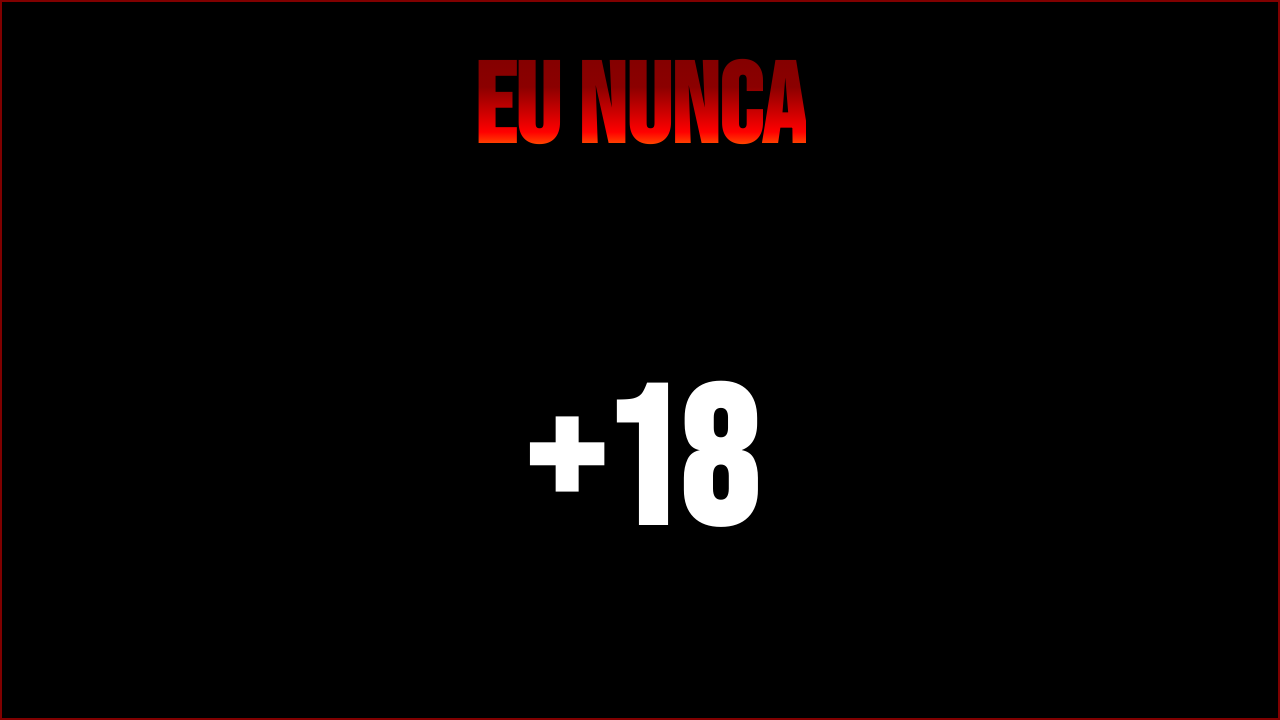
Repository: odiloalmeida/inever
Page: index.html
These files come from the project's save history. The page is drawn as it stood at one moment and after the next save; the edit follows.
The browser window is 1280 px wide. The pictures show the whole page.

Above is the page before, as saved 2023-01-31 22:43:19.

### index.html
<!DOCTYPE html>
<html lang="pt-BR">
<head>
    <meta charset="UTF-8">
    <meta http-equiv="X-UA-Compatible" content="IE=edge">
    <meta name="viewport" content="width=device-width, initial-scale=1.0">
    <link rel="icon" type="image/svg+xml" href="https://cdn-icons-png.flaticon.com/512/5181/5181956.png" />
    <link rel="stylesheet" href="./style.css">
    <title>18+ Eu Nunca</title>

</head>

<body>
    <div>
        <h1>EU NUNCA</h1>
    </div>
    <button id="myButton" onclick="changeButtonName()">
        <span>+18</span>
    </button>
</body>

<script>

    function changeButtonName() {
        var button = document.getElementById("myButton");

        var names = ["Beijei alguém dessa turma",
        "Senti atração por alguém dessa turma",
        "Tomei banho pelado na praia/piscina",
        "Fiquei com um professor",
        "Fiquei com um amigo e me arrependi",
        "Fiquei com um amigo e não disse pra ninguém",
        "Menti sobre ter ficado com uma pessoa",
        "Bebi tanto que beijei alguém que não queria",
        "Bebi tanto que esqueci tudo no outro dia",
        "Vi um nudes de alguém dessa turma",
        "Desejei o namorado(a) de um amigo",
        "Fiquei com alguém por interesse",
        "Acelerei o ato sexual por que o oral estava ruim",
        "Bebi pra ter coragem de chegar numa pessoa",
        "Transei na escola ou faculdade",
        "Transei no chão",
        "Fiz sexo oral enquanto a pessoa trabalhava",
        "Fiz sexo oral enquanto a pessoa dirigia",
        "Usei fantasias sexuais",
        "Usei plug anal",
        "Usei um vibrador",
        "Fiquei com alguém depois neguei pra todo mundo",
        "Disse pra uma pessoa que a amava sem amar",
        "Transei no carro",
        "Broxei no meio do ato sexual",
        "Desisti de ficar com uma pessoa por que ela estava fedendo",
        "Fui chupar e estava fedendo muito e desisti",
        "Me masturbei depois do ato sexual por que não conseguir “chegar lá” com o parceiro",
        "Fiquei com dois amigos ao mesmo tempo sem eles saberem",
        "Parei o ato sexual para ir fazer xixi",
        "Fiz a chuca",
        "Transei na rua",
        "Paguei por sexo",
        "Fiz sexo por dinheiro",
        "Dei um beijo triplo",
        "Voltaria com um ex",
        "Fiquei com uma pessoa em um lugar e logo em seguida fui para outro lugar ficar com outra",
        "Tirei fotos pelado(a)",
        "Fiquei com alguém para fazer ciúme a outro",
        "Sofri por amor",
        "Sofri por ficante",
        "Espiei alguém tomando banho",
        "Tomei banho com alguém",
        "Enfiei o dedo no orifício de alguém (kkkk)",
        "Eu nunca fiquei com um amigo do meu amigo eme arrependi",
        "Eu nunca tive uma DST",
        "Eu já desejei a mãe de um amigo",
        "Eu já desejei o pai de um amigo",
        "Já beixei alguém do mesmo sexo",
        "Já deixei chuparem minha porta dos fundos",
        "Já questionei a minha sexualidade",
        "Já fiz goldenshower",
        "Já desisti do sexo quando vi o tamanho do instrumento",
        "Fumei um",
        "Cheirei cocaina",
        "Usei LSD",
        "Passei comida no parceiro",
        "Troquei o nome da pessoa na hora H",
        "Fiquei com uma pensando em outra",
        "Fatei aula pra ficar com alguém",
        "Menti nesse jogo",
        "Disse que estava doente para nao transar",
        "Fiquei com professor",
        "Fiquei com alguém por gratidão",
        "Tive tara em mãos",
        "Tive tara em pés",
        "Tive tara em ruivas",
        "Fui amordaçado",
        "Fui algemado",
        "Fui chicoteado",
        "Bati de mais em alguém na hora H e fiquei com medo",
        "Vomitei na hora H",
        "Fiz sexo na praia",
        "Fiz sexo na moto",
        "Fiz sexo na bicicleta",
        "Chupei outro por tabela",
        "Fiz oral em um e depois beijei a boca de outro",
        "Transei com 2 ao mesmo tempo",
        "Transei com mais de 3 ao mesmo tempo",
        "Ja fiquei com duas pessoas do mesmo sexo, ao mesmo tempo",
        "Cherei loló",
        "Fumei cigarro",
        "Tive como alcoólico",
        "Tive amnésia alcoólica",
        "Dormi bebado no chão",
        "Mijei em mim, estando bebado",
        "Vomitei em mim, estando bebado",
        "Beijei alguém que eu odiava",
        "Fiquei com um Ex antigo e me arrependi (Foi horrível)",
        "Tive flashback com mais de um EX",
        "Tive um PA",
        "Fiquei com um(a) PM",
        "Subi numa mesa bebado",
        "Fiquei com alguém da boca podre",
        "Já caguei o pau (literalmente)",
        "Já cai de bicicleta",
        "Quebrei um osso (Beba uma dose por osso)",
        "Já talariquei mulher de amigo (Uma dose por mulher)",
        "Já talariquei marido de amiga (Uma dose por homem)",
        "Já beijei um mendigo",
        "Já fiz dentro do mar",
        "Ja fiz dentro do tanque",
        "Pedi alguém em casamento",
        "Já me juntei com conjugue",
        "Já fui CORNO(A)",
        "Atirei com arma de fogo",
        "Dê uma pausa de 15min, para não embriagar",
        "Durei menos de 2 min no sexo",
        "Fiz gosar em menos de 2min",
        "Pensei em me prostituir",
        "Tomei remédio TARJA PRETA",
        "Quando de maior, senti atração por 15-",
        "Dormi sujo",
        "Passei o dia sem tomar banho",
        "Passei dois dias sem tomar banho",
        "Passei mais de 36h acordado",
        "Levei pão de manhã para casa, após o rolê",
        "Bebi mais de 2L em uma noite",
        "Desejei minha cunhada",
        "Transei com alguém na escada",
        "Já botei atrás  depois na frente",
        "Cai da arvore",
        "Me feri gravemente",
        "Imaginei alguém dessa turma pelado",
        "Usei camisinha com sabores",
        "Limbei a bunda e olhei o papel higienico",
        "Transei no cinema",
        "Flertei com o garçom",
        "Beijei um primo(a)",
        "Transei com um primo(a)",
        "Sonhei que estava pelado em público",
        "Transei na chuva",
        "Dormir de conchinha na chuva",
        "Fiz punheta / siririca coletiva",
        "Me masturbei pensando em alguém da roda",
        "Vi nude de alguém da roda",
        "Enviei nude errado",
        "Peguei alguém no elevador",
        "Falei que o sexo foi bom, quando na verdade foi uma merda",
        "Gosei dentro com camisinha",
        "Conversando com o penis do meu namorado",
        "Fiz espanhola",
        "Transei com alguém que participou desse jogo agora",
        "Transei com um médico",
        "Transei com um entregador",
        "Transei com enfermeiro(a)",
        "Transei com Advogado(a)",
        "Transei com Fisioterapeuta",
        "Transei com agente de saúde",
        "Transei com personal trainer",
        "Fiz sexo rapido para dormir logo",
        "Transei numa contrução",
        "Transei numa casa abandonada",
        "Transei na rede",
        "Transei na cadeira",
        "Transei no sofá",
        "Transei em local público",
        "Tive sonhos eróticos com alguém dessa roda",
        "Fui em um motel e não transei",
        "Criei passarinho",
        "Chupei alguém com algum amigo vendo",
        "Fui voyeur",
        "Transei num posto de saúde",
        "Transei no quintal de casa",
        "Transei no telhado",
        "Terminei com uma pessoa por mensagem",
        "Terminaram comigo por mensagem",
        "Fiz Topless na praia",
        "Usei gelo na cama",
        "Usei halls na cama",
        "Sai sem calcinha para provocar alguém",
        "Malhei sem calcinha",
        "Fingi prazer",
        "Fingi simpatia para conquistar uma pessoa",
        "Fiz cosplay de rico",
        "Banquei a coitadinha para ganhar algo em troca",
        "Sai sem pagar a conta",
        "Levei o copo de um bar",
        "Caguei num banheiro quimico",
        "Dirigi bebado",
        "Ouvi alguém transando",
        "Fui pego me masturbando",
        "Fui pego na hora H pelos meus familiares ou amigos",
        "Transei assistindo porno",
        "Tive ressaca moral",
        "Chorei enquanto transava",
        "Pedi parar porque estava doendo",
        "Enforqueia até quase desmaiar",
        "Transei em uma banheira",
        "Beijei a pessoa querendo a do lado",
        "Beijei um feio(a)",
        "Beijei um(a) 10/10",
        "Nunca chupei dois ao mesmo tempo",
        "Matei aula para fumar um",
        "Matei aula para transar",
        "Quebrei uma cama enquanto transava",
        "Cai da cama enquanto transava",
        "Fiquei orgulhoso do meu desempenho",
        "Fiquei triste com meu desempenho",
        "Tentaram arrancar minh lingua",
        "Já beijei um desesperado, que quase me engole",
        "Bebi do copo de um estranho e tinha droga"




        ];

        var randomName = names[Math.floor(Math.random() * names.length)];
        button.innerHTML = randomName;
    }

</script>

</html>

### style.css
@import url('https://fonts.googleapis.com/css2?family=Bebas+Neue&display=swap');

* {
    padding: 0;
    margin: 0;
    box-sizing: border-box;
    font-family: 'Bebas Neue', cursive;
}

body {
    width: 100vw;
    height: 100vh;
    background-color: #000;
    display: flex;
    flex-direction: column;
    align-items: center;
    justify-content: center;
    border: #800000 2px solid;
}

div {
    width: 100%;
    height: 30vh;
    display: flex;
    align-items: center;
    justify-content: center;
}

h1 {
    background-image: linear-gradient(to bottom,#800000,#8B0000, red, yellow);
    background-clip: text;
    -webkit-background-clip: text;
    -webkit-text-fill-color: transparent;
    color: black;
    font-size: 7rem;
    font-weight: 900;
}

button {
    background-color: transparent;
    height: 70vh;
    width: 100vw;
    border: none;
    font-weight: bold;
    font-size: 3rem;
    padding: 5px;
    color: #f1f1f1;
}

button span {
    color: #fff;
    font-size: 12rem;
}

After the next save:
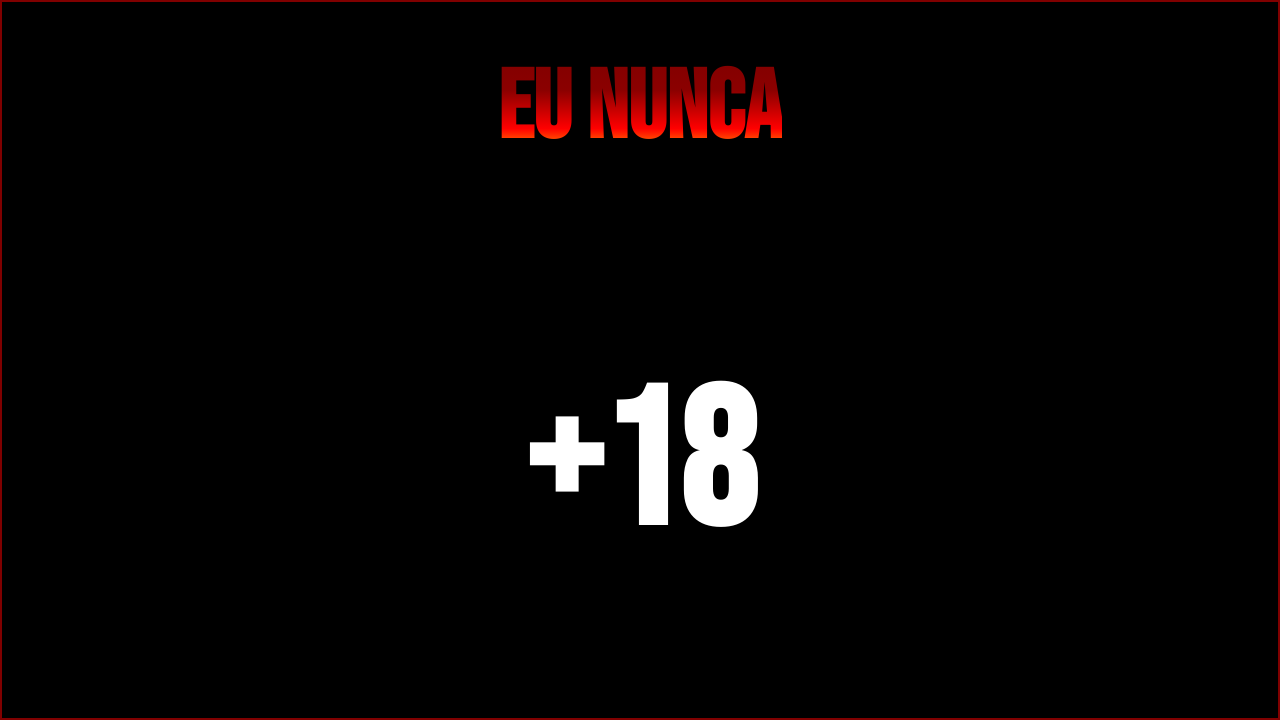
Saved 3 days later.
--- a/style.css
+++ b/style.css
@@ -32,7 +32,7 @@ h1 {
     -webkit-background-clip: text;
     -webkit-text-fill-color: transparent;
     color: black;
-    font-size: 7rem;
+    font-size: 6rem;
     font-weight: 900;
 }
 
